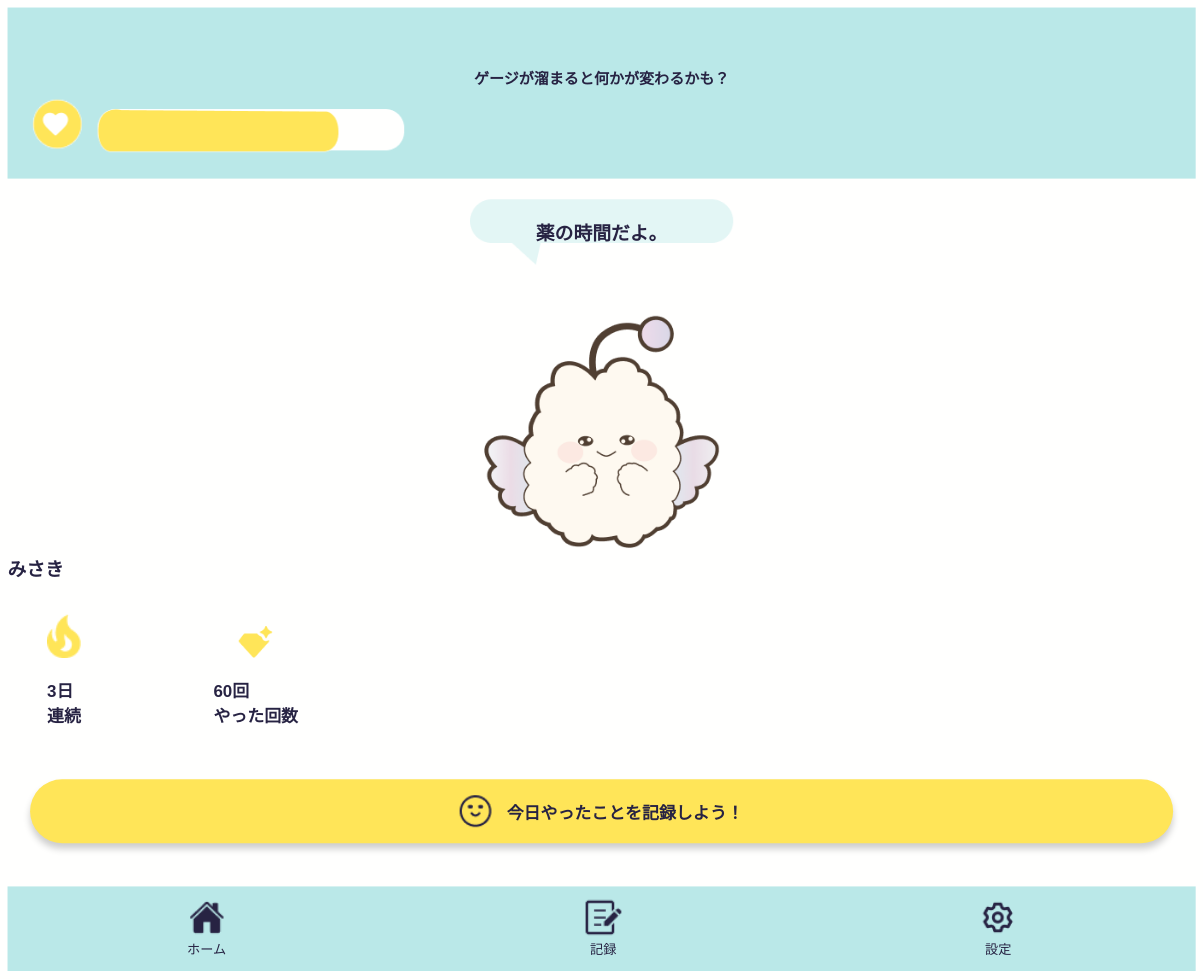
Repository: misaki0919/Self-care
Page: home_page.html
These files come from the project's save history. The page is drawn as it stood at one moment and after the next save; the edit follows.
The browser window is 1280 px wide. The pictures show the whole page, at 94% of full size.
Some web fonts or font styles are not loaded; a fallback is used.

Above is the page before, as saved 2026-07-20 21:42:36.

### home_page.html
<!DOCTYPE html>
<html lang="jp">
<head>
    <meta charset="UTF-8">
    <meta name="viewport" content="width=device-width, initial-scale=1.0">
    <title>ホーム画面</title>
    <link href="css/home_page.css" rel="stylesheet">
    <link rel="preconnect" href="https://fonts.googleapis.com">
    <link rel="preconnect" href="https://fonts.gstatic.com" crossorigin>
    <link href="https://fonts.googleapis.com/css2?family=Archivo+Black&family=Noto+Serif+JP:wght@200..900&family=Zen+Maru+Gothic&display=swap" rel="stylesheet">

</head>
<body>
    <div class="header-wrap">
        <p class="ge-ji zen-maru-gothic-regular">ゲージが溜まると何かが変わるかも？</p>
        <section class="images-wrap-1">
            <img src="images/Ellipse 17.png" alt="黄色の丸">
            <img src="images/heart.png" alt="ハート">
        </section>
        <section class="images-wrap-2">
            <img src="images/Rectangle 5.png" alt="白">
            <img src="images/Vector 1.png" alt="黄色">
        </section>
    </div>

    <div class="word-wrap">
        <img src="images/speech_bubble.png" alt="セリフ">
        <p class="time zen-maru-gothic-regular" >薬の時間だよ。</p>
    </div>

    <img src="images/big_sowan.png" alt="ソワンちゃん">
    <p class="name zen-maru-gothic-regular">みさき</p>

    <div class="continue-wrap">
        <img src="images/Vector.png" alt="炎">
        <p class="continue zen-maru-gothic-regular">3日<br>連続</p>
    </div>

    <div class="did-wrap">
        <img src="images/kira.png" alt="ダイヤモンド">
        <p class="did zen-maru-gothic-regular">60回<br>やった回数</p>
    </div>

    <div class="record-wrap">
        <a href="record.html">
            <img src="images/smile.png" alt="笑顔">
            <p class="today-record zen-maru-gothic-regular">今日やったことを記録しよう！</p>
        </a>
    </div>

    <div class="footer-wrap">
        <div class="home">
            <img src="images/home.png" alt="ホーム">
            <p>ホーム</p>
        </div>
        <div class="record">
            <img src="images/record.png" alt="記録">
            <p>記録</p>
        </div>
        <div class="setting">
            <img src="images/setting.png" alt="設定">
            <p>設定</p>
        </div>
    </div>
</body>
</html>

### css/home_page.css
body{
    background-color: #FFFFFE;
    color: #272343;
    /* padding-left: 24px;
    padding-right: 24px; */
}
.zen-maru-gothic-regular {
    font-family: "Zen Maru Gothic", sans-serif;
    font-weight: 600;
    font-style: normal;
}
/* .header-wrap{
    background-color: #BAE8E8;
    width: 428px;
    height: 170px;
    .ge-ji{
        text-align: center;
        padding: 69px;
        font-size: 14px;
    }
    .images-wrap-1{
        background-color: tomato;

    }
} */


.header-wrap{
    background:#BAE8E8;
    padding:30px 24px;
}

.ge-ji{
    font-size:16px;
    padding-top: 16px;
    margin-bottom:12px;
    text-align: center;
}

.images-wrap-1{
    display:flex;
    align-items:center;
    margin-bottom:-42px;
    position:relative;
    z-index:2;
}

.images-wrap-1 img:first-child{
    width: 52px;
    height:52px;
    margin-left: 3px;
}

.images-wrap-1 img:last-child{
    width: 32px;
    position:absolute;
    left:11px;
}

.images-wrap-2{
    position:relative;
}

.images-wrap-2 img:first-child{
    width: 326px;
    display:block;
    margin-left: 72px;
}

.images-wrap-2 img:last-child{
    position:absolute;
    left:0;
    top:0;
    width: 257px;
    margin-left: 72px;
}

/* ===== 吹き出し ===== */

.word-wrap{
    position:relative;
    width:280px;
    margin:22px auto 46px;
}

.word-wrap img{
    width:100%;
    display:block;
}

.word-wrap p{
    position:absolute;
    top:20px;
    left:50%;
    transform:translateX(-50%);
    margin:0;
    font-size:20px;
    font-weight:bold;
}

/* ===== キャラクター ===== */

body>img{
    width:250px;
    display:block;
    margin:0 auto;
}

.name{
    font-size:20px;
    margin-top:7px;
    margin-bottom:35px;
}

/* ===== 実績 ===== */

.continue-wrap,
.did-wrap{
    width:120px;
    display:inline-flex;
    flex-direction:column;
    align-items:center;
}

.continue-wrap{
    margin-right:40px;
}

.did-wrap{
    margin-left:40px;
}

.continue-wrap img,
.did-wrap img{
    width:36px;
    margin-bottom:4px;
}

.continue,
.did{
    font-size:18px;
    line-height:1.5;
}

/* ===== ボタン ===== */

.record-wrap{
    margin:35px 24px 46px;
}

.record-wrap a{
    background:#FFE558;
    border-radius:50px;
    height:68px;
    display:flex;
    align-items:center;
    justify-content:center;
    text-decoration:none;
    color:#272343;
    box-shadow:0 6px 8px rgba(0,0,0,.2);
}

.record-wrap img{
    width:34px;
    margin-right:16px;
}

.today-record{
    font-size:18px;
    font-weight:bold;
}

/* ===== フッター ===== */

.footer-wrap{
    background:#BAE8E8;
    height:90px;
    display:flex;
    justify-content:space-around;
    align-items:center;
}

.footer-wrap div{
    display:flex;
    flex-direction:column;
    align-items:center;
    color:#272343;
}

.footer-wrap img{
    width:38px;
    margin-bottom:4px;
}

.footer-wrap p{
    margin:0;
    font-size:14px;
}

After the next save:
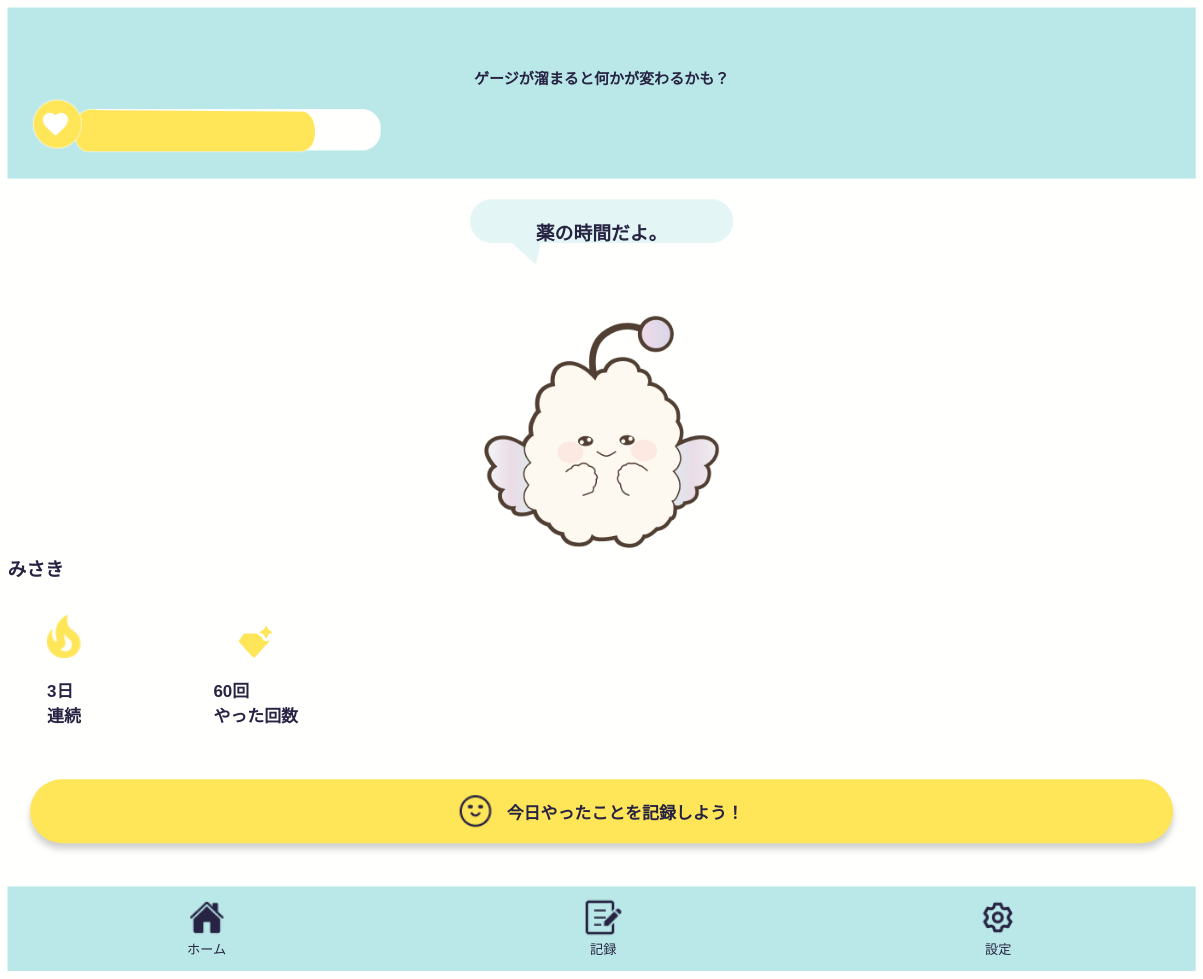
Saved 36 s later.
--- a/css/home_page.css
+++ b/css/home_page.css
@@ -64,7 +64,7 @@ body{
 .images-wrap-2 img:first-child{
     width: 326px;
     display:block;
-    margin-left: 72px;
+    margin-left: 47px;
 }
 
 .images-wrap-2 img:last-child{
@@ -72,7 +72,7 @@ body{
     left:0;
     top:0;
     width: 257px;
-    margin-left: 72px;
+    margin-left: 47px;
 }
 
 /* ===== 吹き出し ===== */
